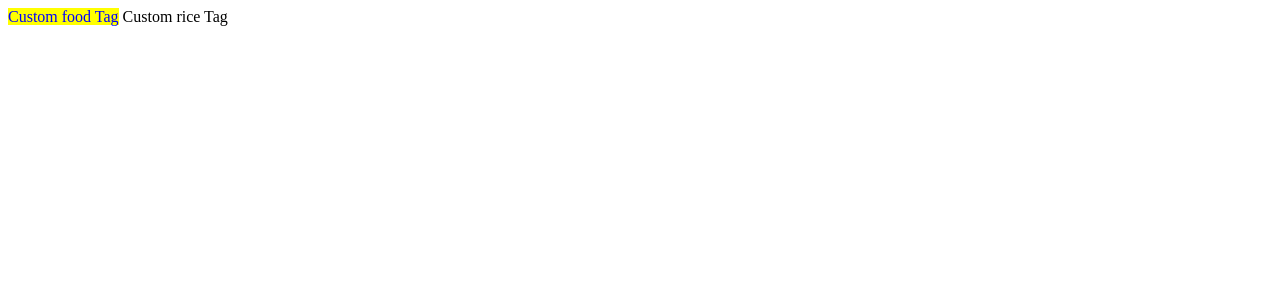
Repository: soso1525/bitcamp
Page: workspace/java-web/src/main/webapp/ch2/2-12.html
These files come from the project's save history. The page is drawn as it stood at one moment and after the next save; the edit follows.
The browser window is 1280 px wide. The pictures show the whole page.

Above is the page before, as saved 2017-12-12 05:36:21.

After the next save:
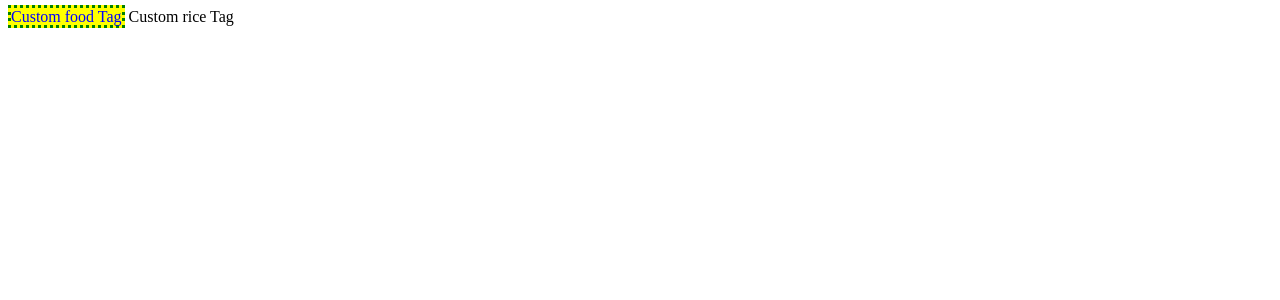
Saved 18 s later.
--- a/workspace/java-web/src/main/webapp/ch2/2-12.html
+++ b/workspace/java-web/src/main/webapp/ch2/2-12.html
@@ -6,6 +6,7 @@
 food {
 	background-color: yellow;
 	color: blue;
+	border: 3px dotted green;
 
 }
 </style>
